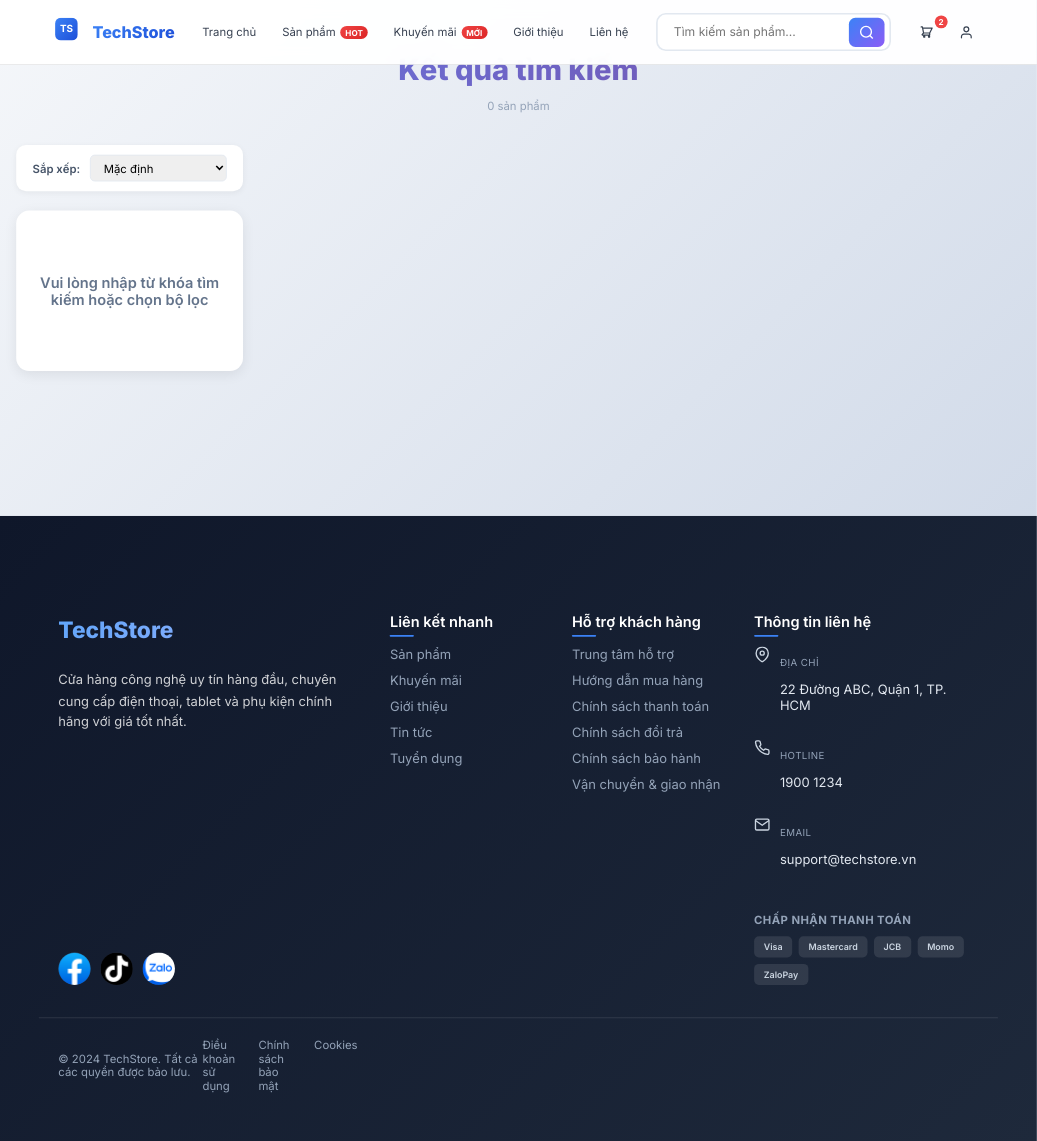
Repository: holyminhlu/DA_PTUDHDV
Page: /search
An editor plug-in stored every save of this project. The page is shown before and after the next save, followed by the edit.
The browser window is 1280 px wide. The pictures show the whole page, at 81% of full size.
The project was rebuilt for these pictures with package versions that can differ from the ones it lists, and the page was loaded fresh each time. Also part of the build but not shown: vue.config.js, src/components/HeroBanner.vue, src/components/ProductCard.vue, src/components/ProductGrid.vue, src/components/FeatureSection.vue, src/components/Newsletter.vue, src/views/HomeView.vue, src/views/KhuyenMai.vue and 7 more.

Above is the page before, as saved 2025-11-30 10:52:30.

After the next save:
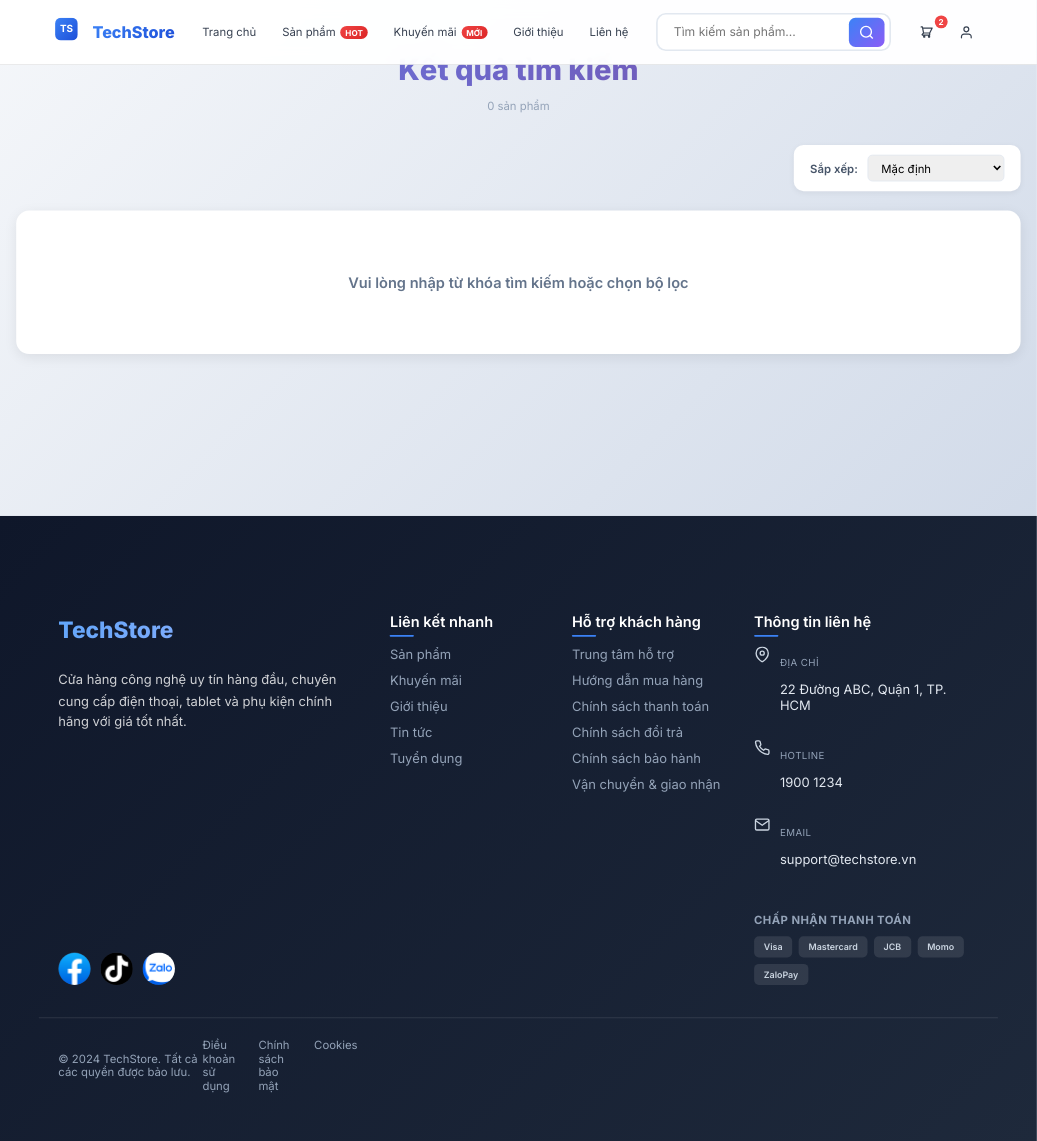
Saved 8 s later.
--- a/src/views/SearchResults.vue
+++ b/src/views/SearchResults.vue
@@ -219,9 +219,7 @@ export default {
 }
 
 .results-layout {
-  display: grid;
-  grid-template-columns: 280px 1fr;
-  gap: 30px;
+  display: block;
 }
 
 /* Filters Sidebar */
